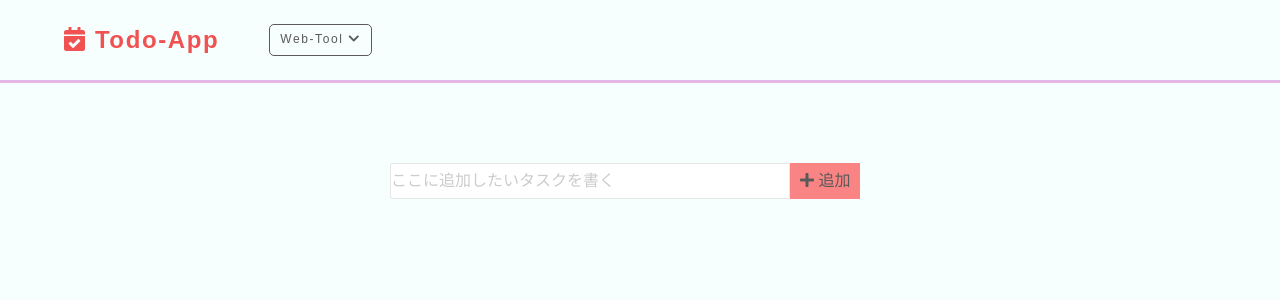
Repository: Hiroshii-m/todo_vue
Page: index.html
The author's editor kept a copy of each file at every save. The page is drawn from the files as they stood at one save, then again after the next save.
The browser window is 1280 px wide. The pictures show the whole page.
The style sheet was rebuilt from its Sass, Less or Tailwind sources for each picture, by a compiler version that may differ from the author's.

Above is the page before, as saved 2021-06-26 18:14:19.

After the next save:
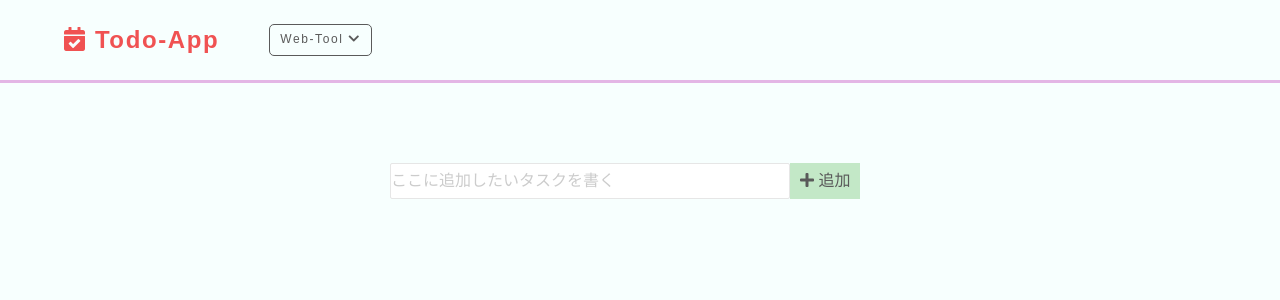
Saved 24 s later.
--- a/src/scss/style.scss
+++ b/src/scss/style.scss
@@ -53,7 +53,7 @@
         border-radius: 2px;
     }
     &__add {
-        background: var(--color_pink);
+        background: var(--color_green);
         padding: var(--space_s) var(--space_m);
     }
 }

After the save that followed:
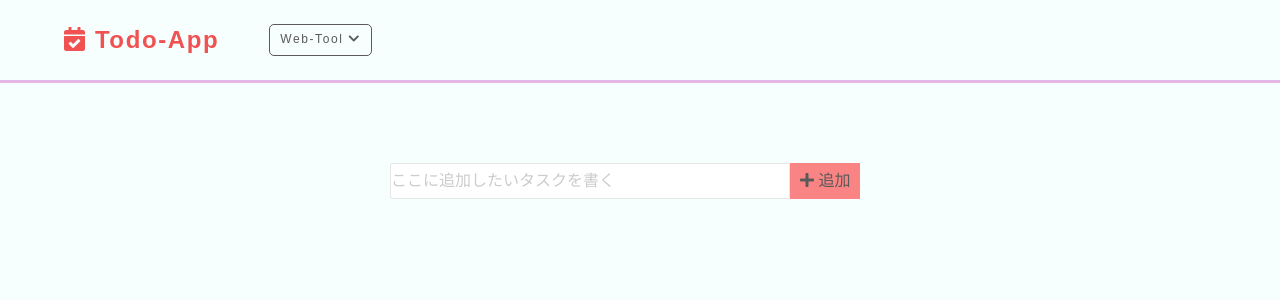
Saved 5 s later.
--- a/src/scss/style.scss
+++ b/src/scss/style.scss
@@ -53,7 +53,7 @@
         border-radius: 2px;
     }
     &__add {
-        background: var(--color_green);
+        background: var(--color_pink);
         padding: var(--space_s) var(--space_m);
     }
 }
